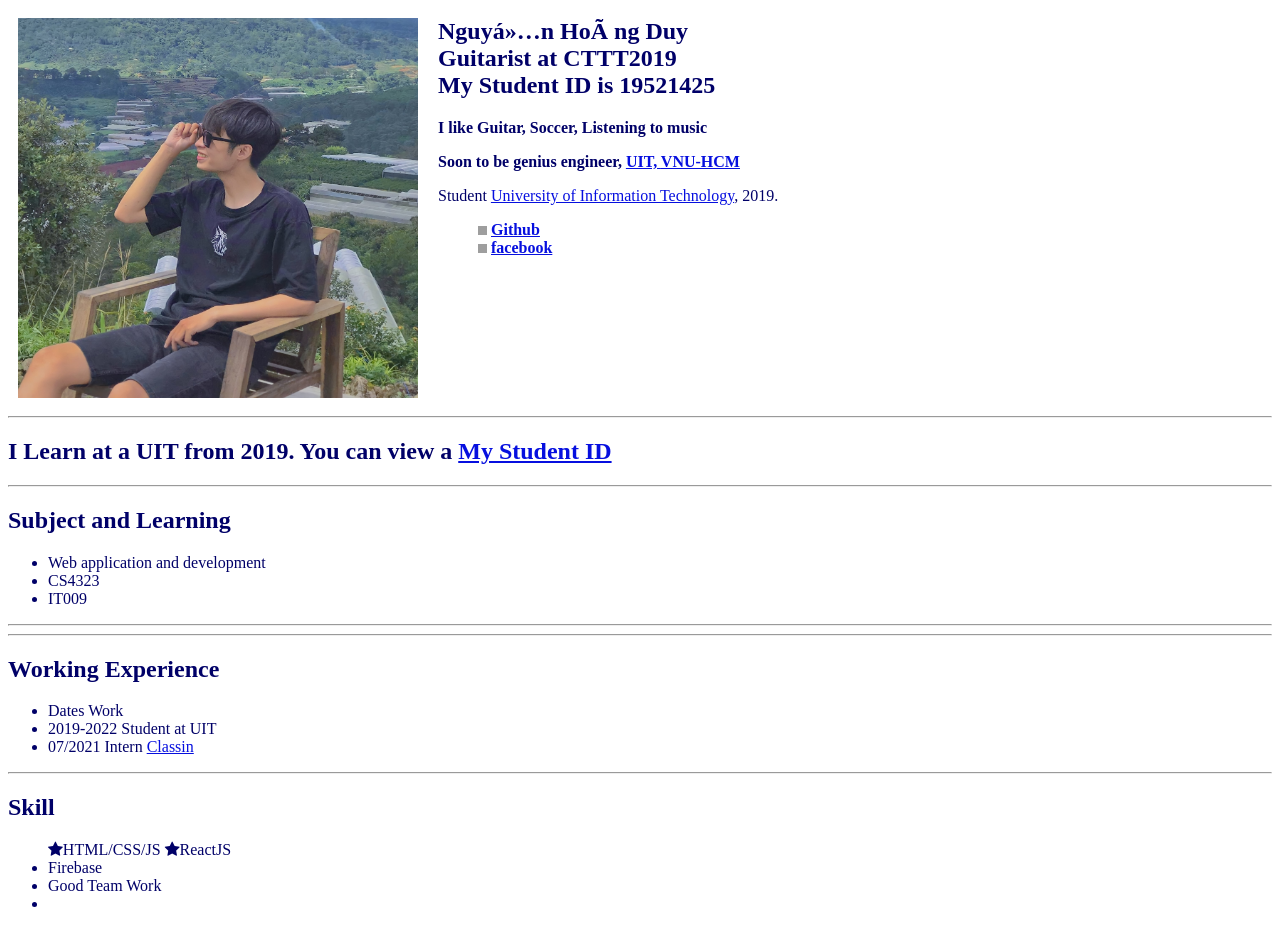
Repository: HoangDuy315/web-dev2022
Page: ex2.html
These files come from the project's save history. The page is drawn as it stood at one moment and after the next save; the edit follows.
The browser window is 1280 px wide. The pictures show the whole page.
Pictures or frames that could not be fetched are drawn as grey boxes.

Above is the page before, as saved 2022-09-22 15:13:28.

### ex2.html
<html>
    <head>
        <title>GnahYuD</title>
        <link rel="SHORTCUT ICON" href="images/cormen-tiny.jpg">
        <script charset="utf-8" src="https://platform.twitter.com/js/button.c6c95b9789db97ea1e9742d215fff751.js"></script>
        <link rel="stylesheet" href="ex2.css">
        <link rel="stylesheet" href="https://cdnjs.cloudflare.com/ajax/libs/font-awesome/4.7.0/css/font-awesome.min.css">
    </head>
<body text="#000068" link="#060FDF" vlink="#060FDF" alink="#DC24C5">

<!-- <TABLE CELLPADDING="10" CELLSPACING="0" WIDTH="475"> -->
<table cellpadding="10" cellspacing="0">
<tbody><tr valign="TOP">

<td valign="TOP" width="151">

<img class="duy" src="./123.JPG"><p>

</p></td>

<td valign="TOP">

<h2>Nguyễn Hoàng Duy<br>
Guitarist at CTTT2019<br>
My Student ID is 19521425
</h2>

<p>
<strong>I like  Guitar, Soccer, Listening to music</strong>
</p>

<p><strong>Soon to be genius engineer,
<a href="https://www.uit.edu.vn/">UIT, <a href="https://vnuhcm.edu.vn/">VNU-HCM</a></a>
</strong> </p>

<p>

Student <a href="https://www.uit.edu.vn/">University of Information Technology</a>, 2019.</p><p>

</p><dd>
<b>
<img src="images/yellowsq.gif" alt="*" width="9" height="9">
  <a href="https://github.com/HoangDuy315">Github</a><br>
<img src="images/yellowsq.gif" alt="*" width="9" height="9">
     <a href="https://www.facebook.com/profile.php?id=100007746304417">facebook</a>
</b>


</dd></td>
</tr>
</tbody></table>




<hr>

<h2>I Learn at a UIT from 2019.  You can view a <a href="https://student.uit.edu.vn/">My Student ID</a></h2>

<hr>
    <h2>Subject and Learning</h2>
    <ul>
        <li>Web application and development</li>
        <li>CS4323</li>
        <li>IT009</li>
    </ul>

<hr>

<hr>
    <h2>Working Experience</h2>
    <ul>
        <li>Dates Work</li>
        <li>2019-2022 Student at UIT</li>
        <li>07/2021 Intern  <a href="https://www.classin.com/">Classin</a></li>
    </ul>
</hr>

<hr>
    <h2>Skill</h2>
    <ul>
        <li class="fa fa-star checked">HTML/CSS/JS</li>
        <li class="fa fa-star checked">ReactJS</li>
        <li>Firebase</li>
        <li>Good Team Work</li>
        <li></li>
    </ul>
</hr>

</script>

</body></html>

### ex2.css


.duy {
    color: blue;
    height: 380px;
    width: 400px;
}

After the next save:
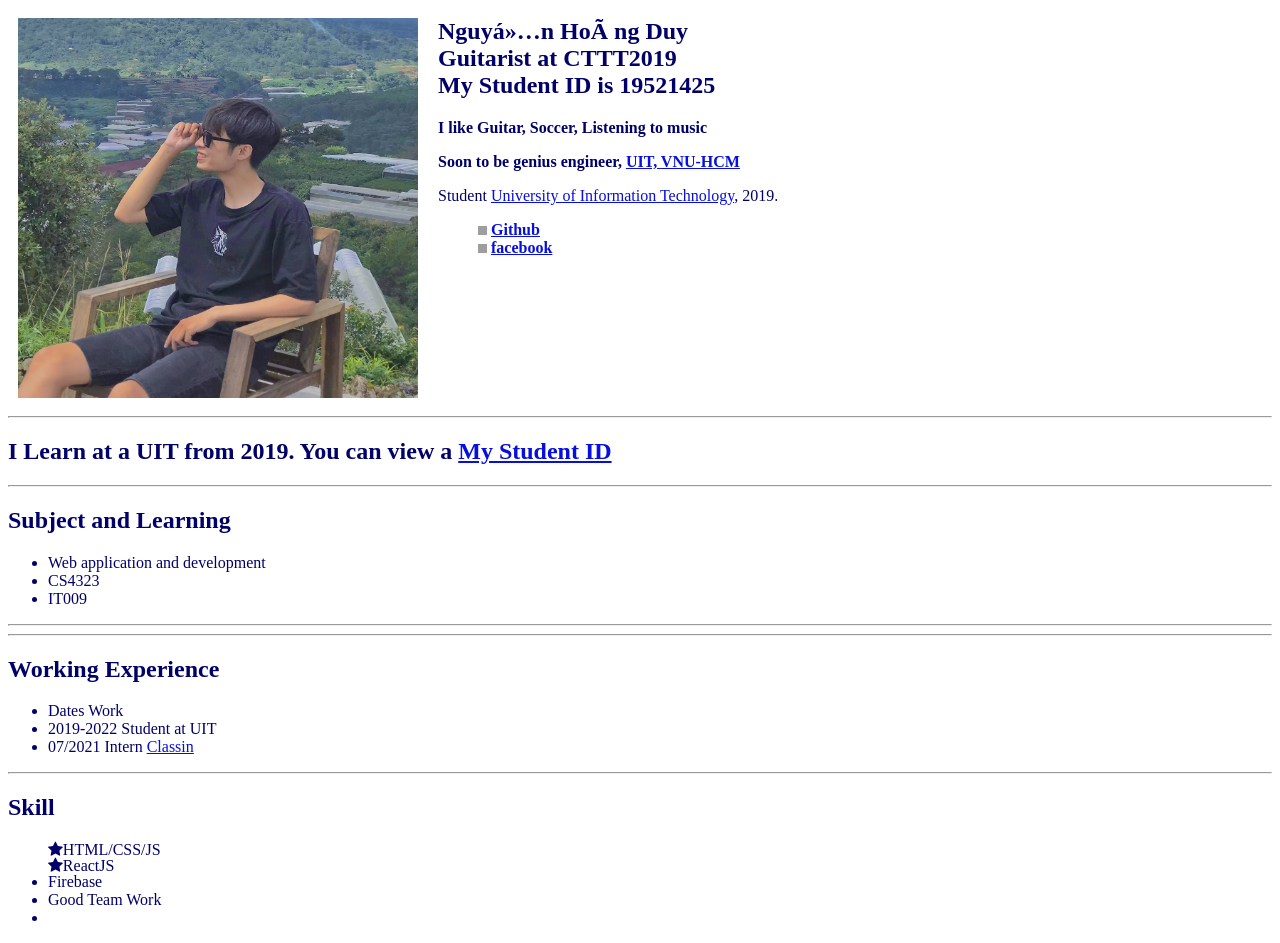
Saved 7 s later.
--- a/ex2.html
+++ b/ex2.html
@@ -79,7 +79,7 @@ Student <a href="https://www.uit.edu.vn/">University of Information Technology</
 <hr>
     <h2>Skill</h2>
     <ul>
-        <li class="fa fa-star checked">HTML/CSS/JS</li>
+        <li class="fa fa-star checked">HTML/CSS/JS</li><br>
         <li class="fa fa-star checked">ReactJS</li>
         <li>Firebase</li>
         <li>Good Team Work</li>
